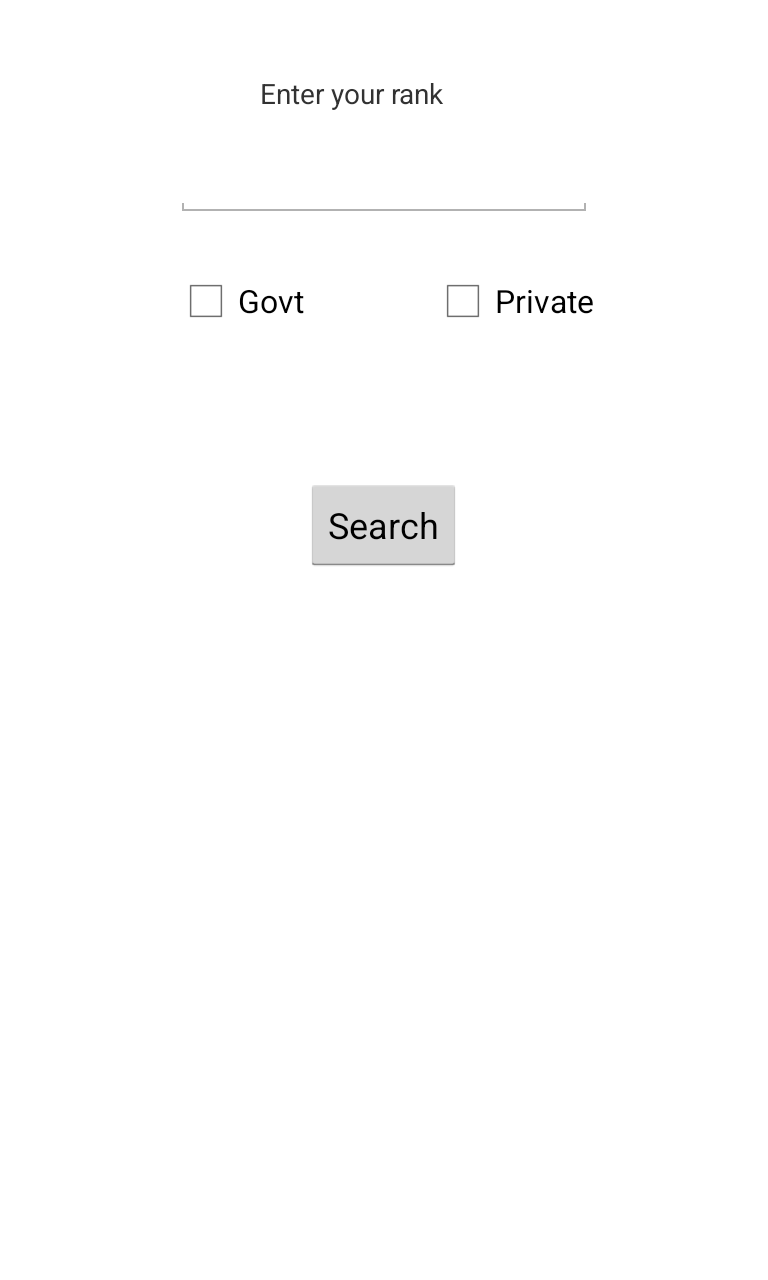
Repository: sandeepsas/Keam360
Layout: KEAM360/res/layout/activity_main.xml
These files come from the project's save history. The layout is drawn as it stood at one moment and after the next save; the edit follows.
It is drawn on a 768 x 1280 px phone screen (xhdpi) without system bars, with theme AppTheme; the app's code is not run.

Above is the layout before, as saved 2015-08-02 18:12:26.

After the next save:
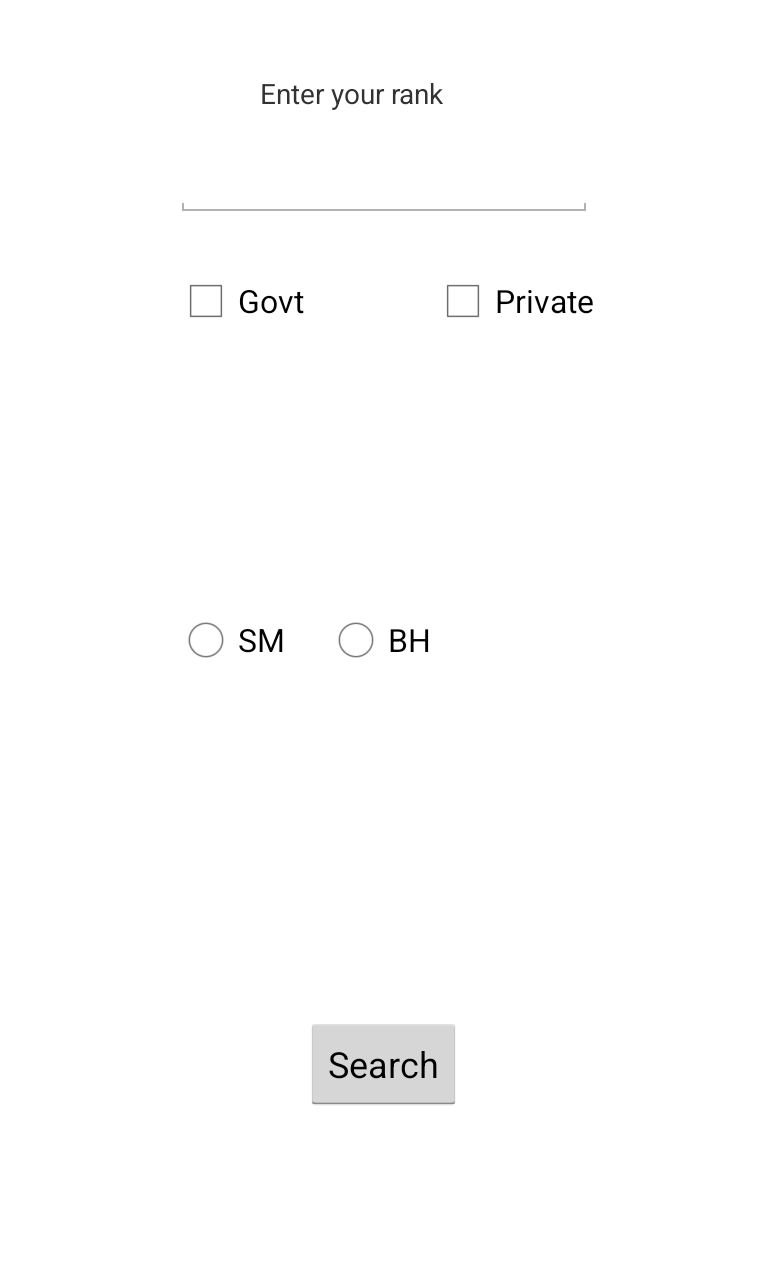
Saved 5 min 38 s later.
--- a/KEAM360/res/layout/activity_main.xml
+++ b/KEAM360/res/layout/activity_main.xml
@@ -49,9 +49,25 @@
         android:id="@+id/button1"
         android:layout_width="wrap_content"
         android:layout_height="wrap_content"
-        android:layout_below="@+id/checkBox1"
-        android:layout_marginTop="72dp"
-        android:layout_toRightOf="@+id/checkBox1"
+        android:layout_alignParentBottom="true"
+        android:layout_centerHorizontal="true"
+        android:layout_marginBottom="68dp"
         android:text="Search" />
 
+    <RadioButton
+        android:id="@+id/radioButton1"
+        android:layout_width="wrap_content"
+        android:layout_height="wrap_content"
+        android:layout_alignLeft="@+id/checkBox1"
+        android:layout_centerVertical="true"
+        android:text="SM" />
+
+    <RadioButton
+        android:id="@+id/RadioButton01"
+        android:layout_width="wrap_content"
+        android:layout_height="wrap_content"
+        android:layout_centerVertical="true"
+        android:layout_toLeftOf="@+id/checkBox2"
+        android:text="BH" />
+
 </RelativeLayout>
